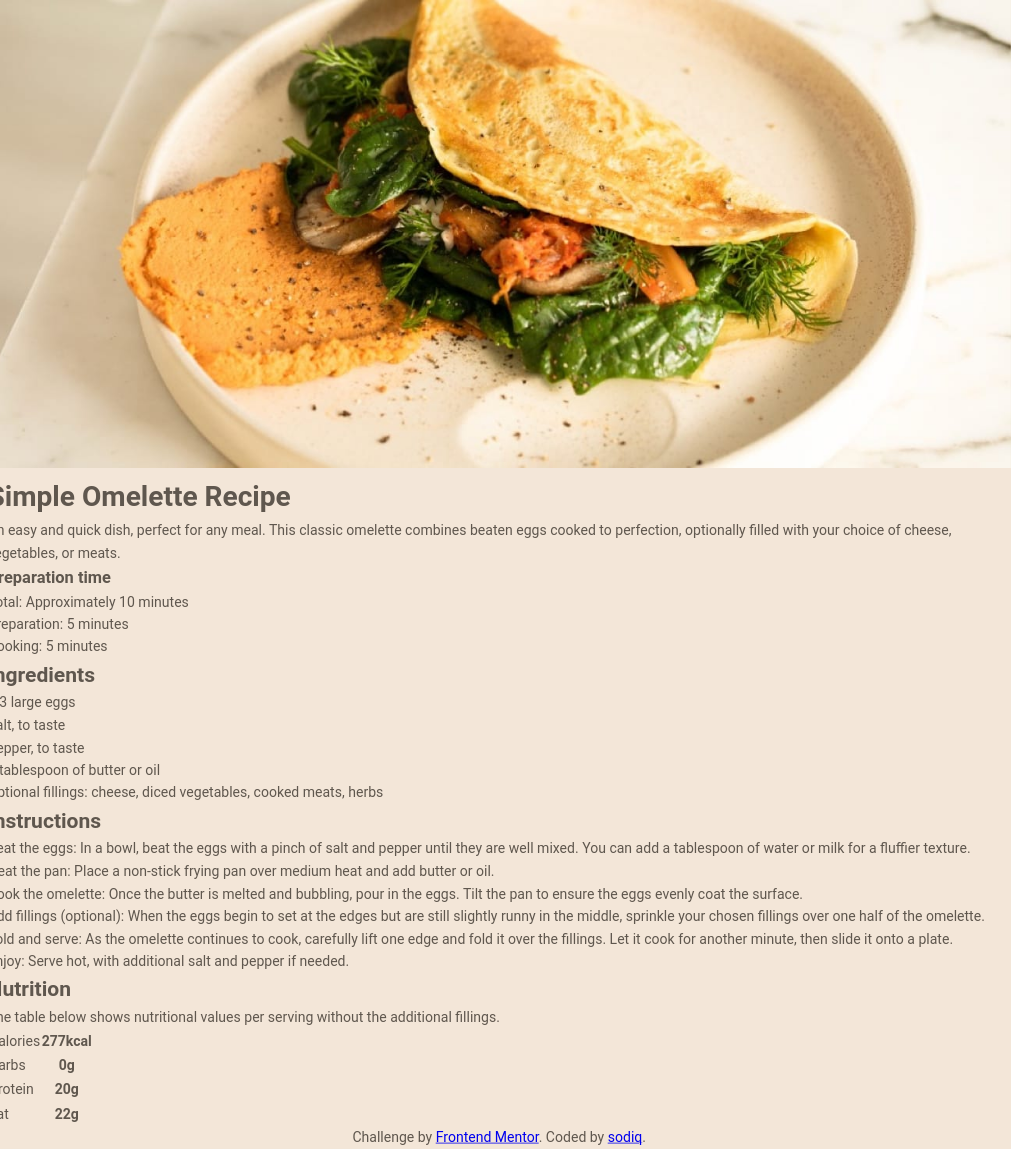
Repository: sodmaq/recipe-page-
Page: index.html
An editor plug-in stored every save of this project. The page is shown before and after the next save, followed by the edit.
The browser window is 1280 px wide. The page is 1296 px wide, so the pictures cover 1296 px, including what lies to the right of the window. The pictures show the whole page, at 78% of full size.

Above is the page before, as saved 2024-09-08 04:11:12.

After the next save:
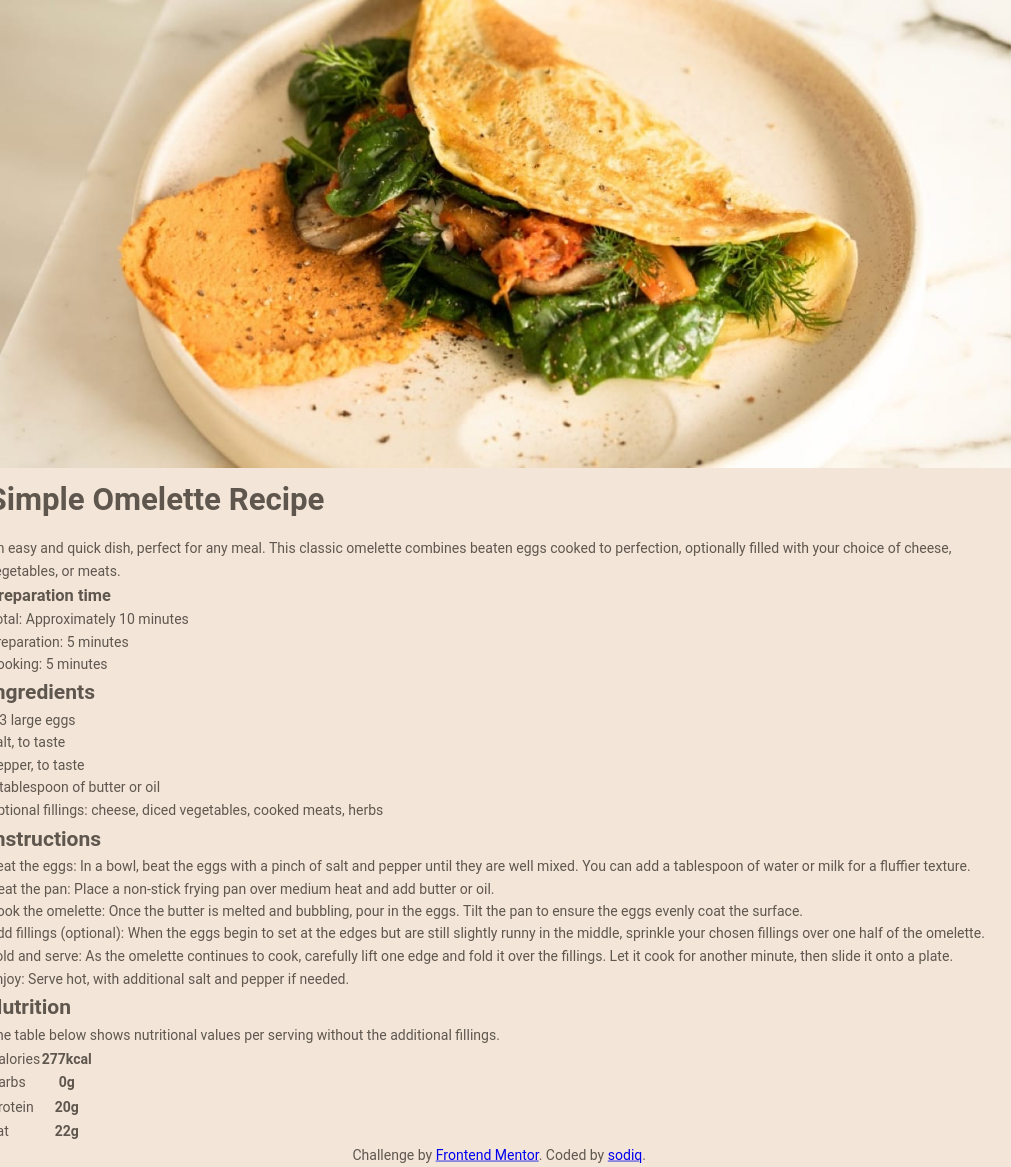
Saved 9 s later.
--- a/style.css
+++ b/style.css
@@ -18,3 +18,9 @@ body {
   justify-content: center;
   min-height: 100vh;
 }
+
+h1 {
+  font-size: 2.5rem;
+  font-weight: 700;
+  margin-bottom: 1rem;
+}
